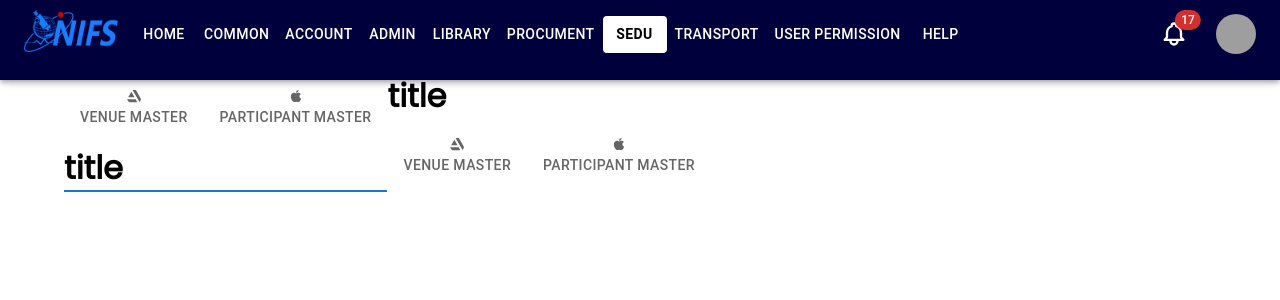
Repository: virangaj/NIFS-WebApp
Page: /sedu (app in client/)
The author's editor kept a copy of each file at every save. The page is drawn from the files as they stood at one save, then again after the next save.
The browser window is 1280 px wide. The pictures show the whole page.
Pictures or frames that could not be fetched are drawn as grey boxes. The project was rebuilt for these pictures with package versions that can differ from the ones it lists, and the page was loaded fresh each time. Also part of the build but not shown: client/src/pages/Login.tsx, client/src/pages/Home.tsx, client/src/components/Transport/shared/TransportNavbar.js, client/src/pages/TransportMainPage.tsx, client/src/pages/CommonMainPage.tsx, client/src/pages/AccountMainPage.tsx, client/src/pages/AdminMainPage.tsx, client/src/pages/LibraryMainPage.js and 4 more.

Above is the page before, as saved 2022-07-27 00:10:15.

After the next save:
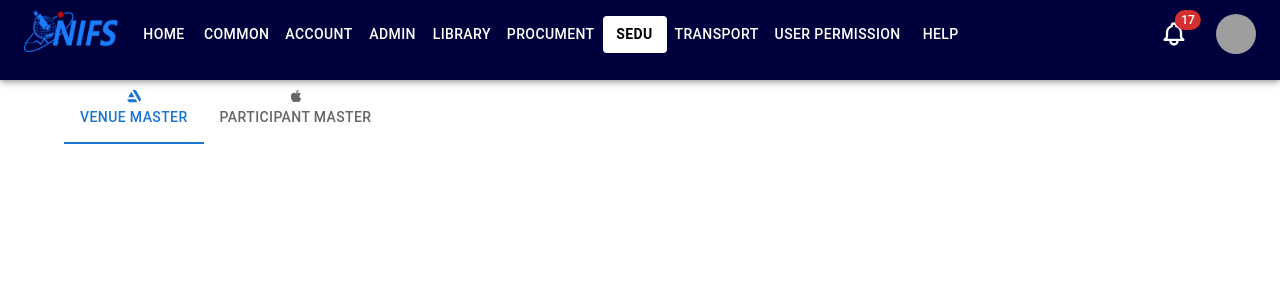
Saved 20 s later.
--- a/client/src/components/sedu/SeduSecondaryNavbar.tsx
+++ b/client/src/components/sedu/SeduSecondaryNavbar.tsx
@@ -12,23 +12,8 @@ function SeduSecondaryNavbar() {
     return (
         <Box sx={{ width: '90%' }} className="secondary-navbar">
             <Tabs value={value} onChange={handleChange} aria-label="icon label tabs example">
-                <div>
-
-                    <div>
-
-                        <Tab icon={<FaArtstation />} label="Venue Master" />
-                        <Tab icon={<FaApple />} label="Participant Master" />
-                    </div>
-                    <h1 className="nav-section">title</h1>
-                </div>
-                <div>
-                    <h1 className="nav-section">title</h1>
-                    <div>
-
-                        <Tab icon={<FaArtstation />} label="Venue Master" />
-                        <Tab icon={<FaApple />} label="Participant Master" />
-                    </div>
-                </div>
+                <Tab icon={<FaArtstation />} label="Venue Master" />
+                <Tab icon={<FaApple />} label="Participant Master" />
 
             </Tabs>
 
